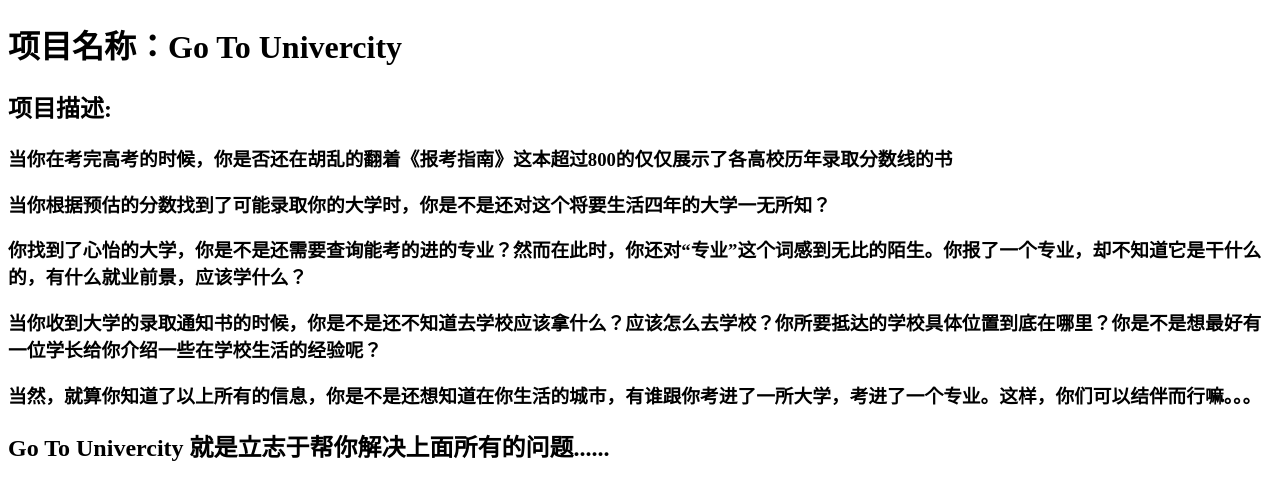
Repository: SUT-GC/GoToUnivercity
Page: http://localhost/GoToUniversity/ideasource/idea.jsp
The author's editor kept a copy of each file at every save. The page is drawn from the files as they stood at one save, then again after the next save.
The browser window is 1280 px wide. The pictures show the whole page.
The page is served by Tomcat 9. Nobody is signed in. The application's start-up code is not run.

Above is the page before, as saved 2015-11-16 10:59:10.

### GoToUniversity/WebContent/ideasource/idea.jsp
<%@ page language="java" contentType="text/html; charset=UTF-8"
    pageEncoding="UTF-8"%>
<!DOCTYPE html PUBLIC "-//W3C//DTD HTML 4.01 Transitional//EN" "http://www.w3.org/TR/html4/loose.dtd">
<html>
<head>
<meta http-equiv="Content-Type" content="text/html; charset=UTF-8">
<title>Idea Source</title>
</head>
<body>
	<div class="content">
		<div class="content_head">
			<h1>项目名称：Go To Univercity</h1>
		</div>
		<div class="content_body">
			<div class="content_body_description">
				<h2>项目描述:</h2>
				<h3>
					<p>当你在考完高考的时候，你是否还在胡乱的翻着《报考指南》这本超过800的仅仅展示了各高校历年录取分数线的书</p>
					<p>当你根据预估的分数找到了可能录取你的大学时，你是不是还对这个将要生活四年的大学一无所知？</p>
					<p>你找到了心怡的大学，你是不是还需要查询能考的进的专业？然而在此时，你还对“专业”这个词感到无比的陌生。你报了一个专业，却不知道它是干什么的，有什么就业前景，应该学什么？</p>
					<p>当你收到大学的录取通知书的时候，你是不是还不知道去学校应该拿什么？应该怎么去学校？你所要抵达的学校具体位置到底在哪里？你是不是想最好有一位学长给你介绍一些在学校生活的经验呢？</p>
					<p>当然，就算你知道了以上所有的信息，你是不是还想知道在你生活的城市，有谁跟你考进了一所大学，考进了一个专业。这样，你们可以结伴而行嘛。。。</p>
				</h3>
			</div>
			<div class="content_body_content">
				<h2>Go To Univercity 就是立志于帮你解决上面所有的问题......</h2>
			</div>
		</div>
	</div>
</body>
</html>

After the next save:
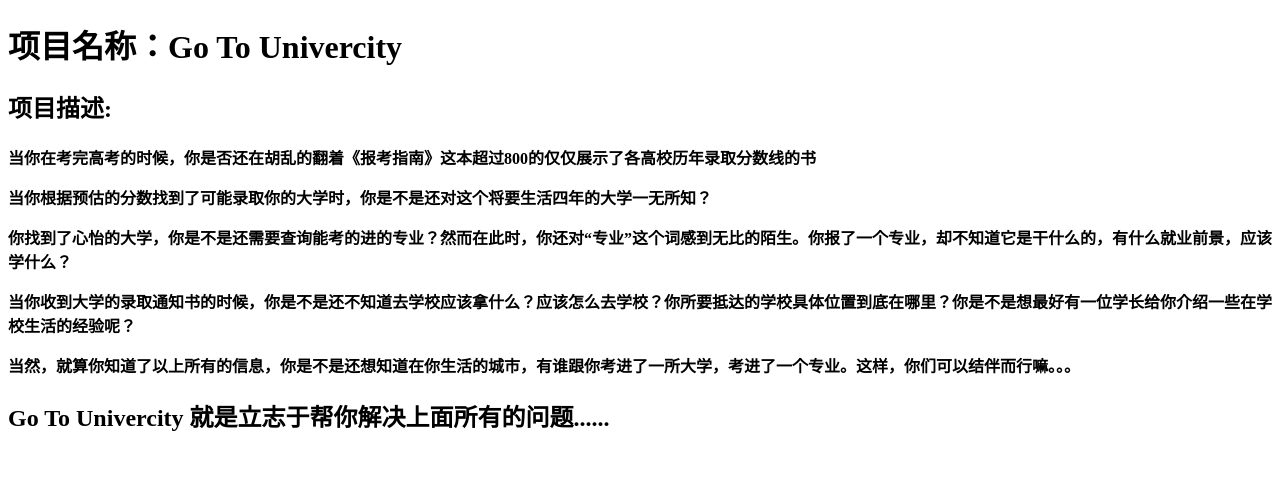
Saved 17 s later.
--- a/GoToUniversity/WebContent/ideasource/idea.jsp
+++ b/GoToUniversity/WebContent/ideasource/idea.jsp
@@ -14,16 +14,17 @@
 		<div class="content_body">
 			<div class="content_body_description">
 				<h2>项目描述:</h2>
-				<h3>
+				<h4>
 					<p>当你在考完高考的时候，你是否还在胡乱的翻着《报考指南》这本超过800的仅仅展示了各高校历年录取分数线的书</p>
 					<p>当你根据预估的分数找到了可能录取你的大学时，你是不是还对这个将要生活四年的大学一无所知？</p>
 					<p>你找到了心怡的大学，你是不是还需要查询能考的进的专业？然而在此时，你还对“专业”这个词感到无比的陌生。你报了一个专业，却不知道它是干什么的，有什么就业前景，应该学什么？</p>
 					<p>当你收到大学的录取通知书的时候，你是不是还不知道去学校应该拿什么？应该怎么去学校？你所要抵达的学校具体位置到底在哪里？你是不是想最好有一位学长给你介绍一些在学校生活的经验呢？</p>
 					<p>当然，就算你知道了以上所有的信息，你是不是还想知道在你生活的城市，有谁跟你考进了一所大学，考进了一个专业。这样，你们可以结伴而行嘛。。。</p>
-				</h3>
+				</h4>
 			</div>
 			<div class="content_body_content">
 				<h2>Go To Univercity 就是立志于帮你解决上面所有的问题......</h2>
+
 			</div>
 		</div>
 	</div>
